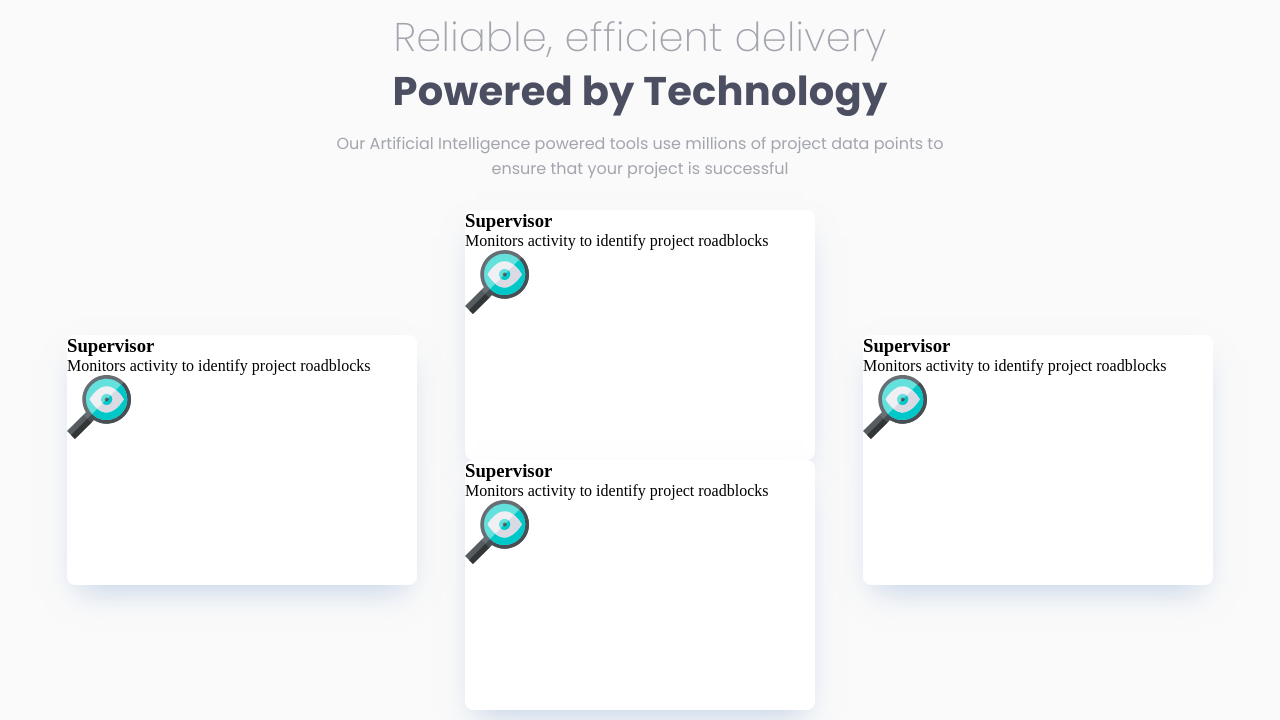
Repository: brandontaylor1/four-card-feature
Page: index.html
These files come from the project's save history. The page is drawn as it stood at one moment and after the next save; the edit follows.
The browser window is 1280 px wide. The pictures show the whole page.

Above is the page before, as saved 2025-01-09 23:02:41.

### index.html
<!DOCTYPE html>
<html lang="en">
<head>
    <meta charset="UTF-8">
    <meta name="viewport" content="width=device-width, initial-scale=1.0">
    <link rel="preconnect" href="https://fonts.googleapis.com">
    <link rel="preconnect" href="https://fonts.gstatic.com" crossorigin>
    <link href="https://fonts.googleapis.com/css2?family=Poppins:ital,wght@0,100;0,200;0,300;0,400;0,500;0,600;0,700;0,800;0,900;1,100;1,200;1,300;1,400;1,500;1,600;1,700;1,800;1,900&display=swap" rel="stylesheet">
    <link rel="stylesheet" href="styles.css">
    <title>Four Card Feature</title>
</head>
<body>
    <main class="container">
        <section class="page-content">
            <h1>Reliable, efficient delivery</h1>
            <h2>Powered by Technology</h2>
            <p>Our Artificial Intelligence powered tools use millions of project data points to ensure that your project is successful</p>
        </section>
        <section class="column-container">
            <div class="card-column">
                <div class="card">
                    <h3>Supervisor</h3>
                    <p>Monitors activity to identify project roadblocks</p>
                    <img src="./assets/images/icon-supervisor.svg" alt="Supervisor Icon">
                </div>
            </div>

            <div class="card-column">
                <div class="card">
                    <h3>Supervisor</h3>
                    <p>Monitors activity to identify project roadblocks</p>
                    <img src="./assets/images/icon-supervisor.svg" alt="Supervisor Icon">
                </div>
                <div class="card">
                    <h3>Supervisor</h3>
                    <p>Monitors activity to identify project roadblocks</p>
                    <img src="./assets/images/icon-supervisor.svg" alt="Supervisor Icon">
                </div>
            </div>

            <div class="card-column">
                <div class="card">
                    <h3>Supervisor</h3>
                    <p>Monitors activity to identify project roadblocks</p>
                    <img src="./assets/images/icon-supervisor.svg" alt="Supervisor Icon">
                </div>
            </div>
        </section>
    </main>

</body>
</html>

### styles.css
* {
    margin: 0;
    padding: 0;
    box-sizing: border-box;
}

:root {
    --primary-red: hsl(0, 78%, 62%);
    --primary-cyan: hsl(180, 62%, 55%);
    --primary-orange: hsl(34, 97%, 64%);
    --primary-blue: hsl(212, 86%, 64%);

    --secondary-dark-blue: hsl(234, 12%, 34%);
    --secondary-grayish-blue: hsl(229, 6%, 66%);
    --secondary-light-gray: hsl(0, 0%, 98%);
}

.container {
    height: 100vh;
    display: flex;
    align-items: center;
    justify-content: center;
    flex-direction: column;
    background-color: #FAFAFA;
}

.page-content {
    display: flex;
    flex-direction: column;
    align-items: center;
    justify-content: space-between;
    height: 150px;
    width: 650px;
    margin-bottom: 50px;
}

.page-content h1 {
    font-size: 2.5rem;
    font-family: "Poppins", sans-serif;
    font-weight: 200;
    line-height: 54px;
    letter-spacing: .25px;
    color: var(--secondary-grayish-blue);
}

.page-content h2 {
    font-size: 2.5rem;
    font-family: "Poppins", sans-serif;
    font-weight: 700;
    line-height: 54px;
    letter-spacing: .25px;
    color: var(--secondary-dark-blue);
    margin-bottom: 13px;
}

.page-content p {
    font-size: 1rem;
    font-family: "Poppins", sans-serif;
    font-weight: 400;
    line-height: 25px;
    text-align: center;
    color: var(--secondary-grayish-blue);

}

.column-container {
    display: grid;
    justify-content: center;
    align-items: center;
    grid-template-columns: repeat(3, 1fr);
    grid-template-rows: 1fr;
    gap: 3rem;
}

.card {
    width: 350px;
    height: 250px;
    border-radius: 0.5rem;
    background: #FFF;
    box-shadow: 0px 15px 30px -11px rgba(131, 166, 210, 0.50);
}

After the next save:
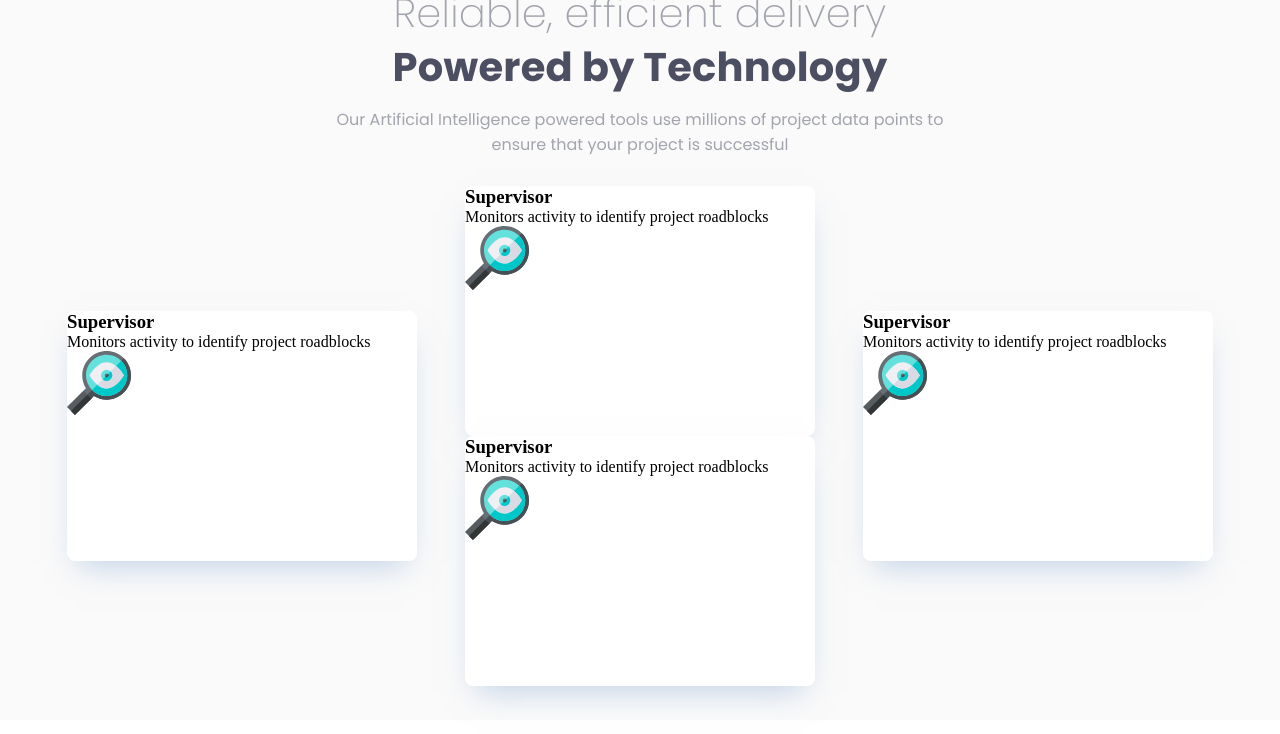
Saved 89 s later.
--- a/styles.css
+++ b/styles.css
@@ -68,7 +68,7 @@
     justify-content: center;
     align-items: center;
     grid-template-columns: repeat(3, 1fr);
-    grid-template-rows: 1fr;
+    grid-template-rows: repeat(2, auto);
     gap: 3rem;
 }
 
